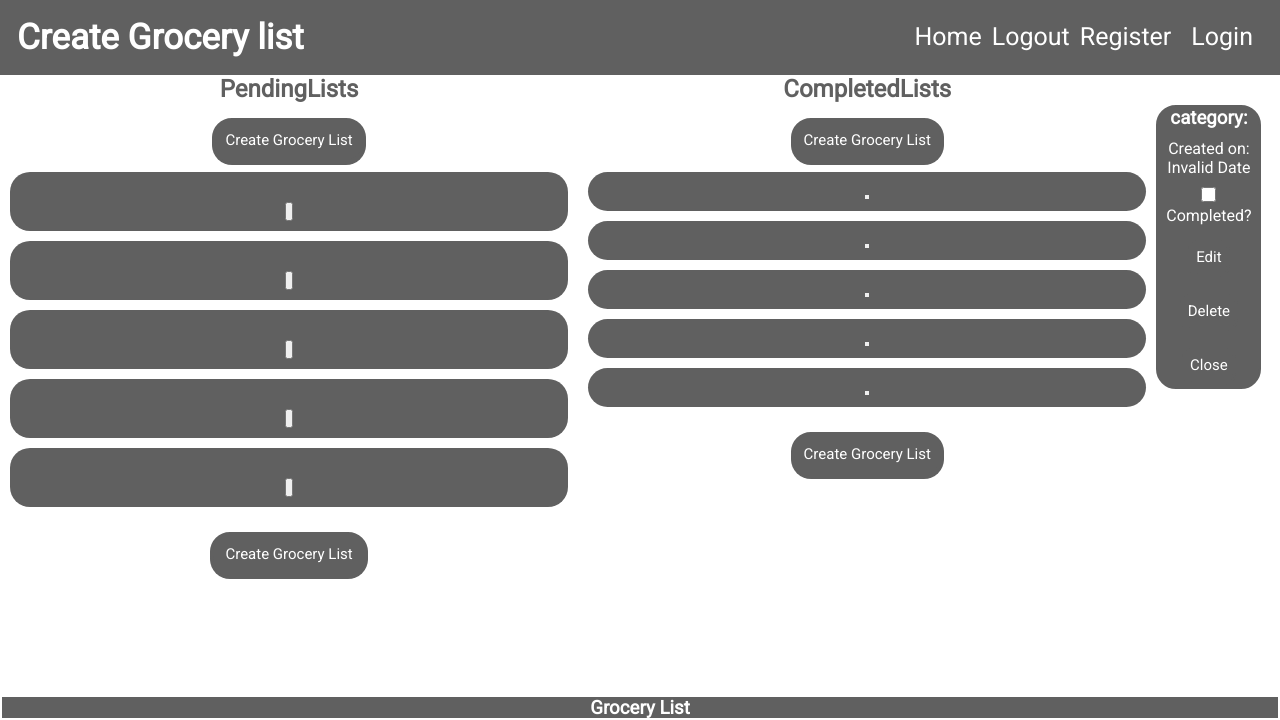
Repository: mhyder1/grocery-client
Page: /grocery-lists/1
These files come from the project's save history. The page is drawn as it stood at one moment and after the next save; the edit follows.
The browser window is 1280 px wide. The pictures show the whole page.
The project was rebuilt for these pictures with package versions that can differ from the ones it lists, and the page was loaded fresh each time. Also part of the build but not shown: src/Components/Header/Header.js, src/Components/Errorpage/ErrorPage.js, src/Config/Config.js, src/services/AuthAPIService.js, src/services/TokenService.js, src/Components/Login/Login.js, src/Components/Validation/ValidationError.js, src/Components/BackButton/BackButton.js and 5 more.

Above is the page before, as saved 2020-12-22 15:30:20.

After the next save:
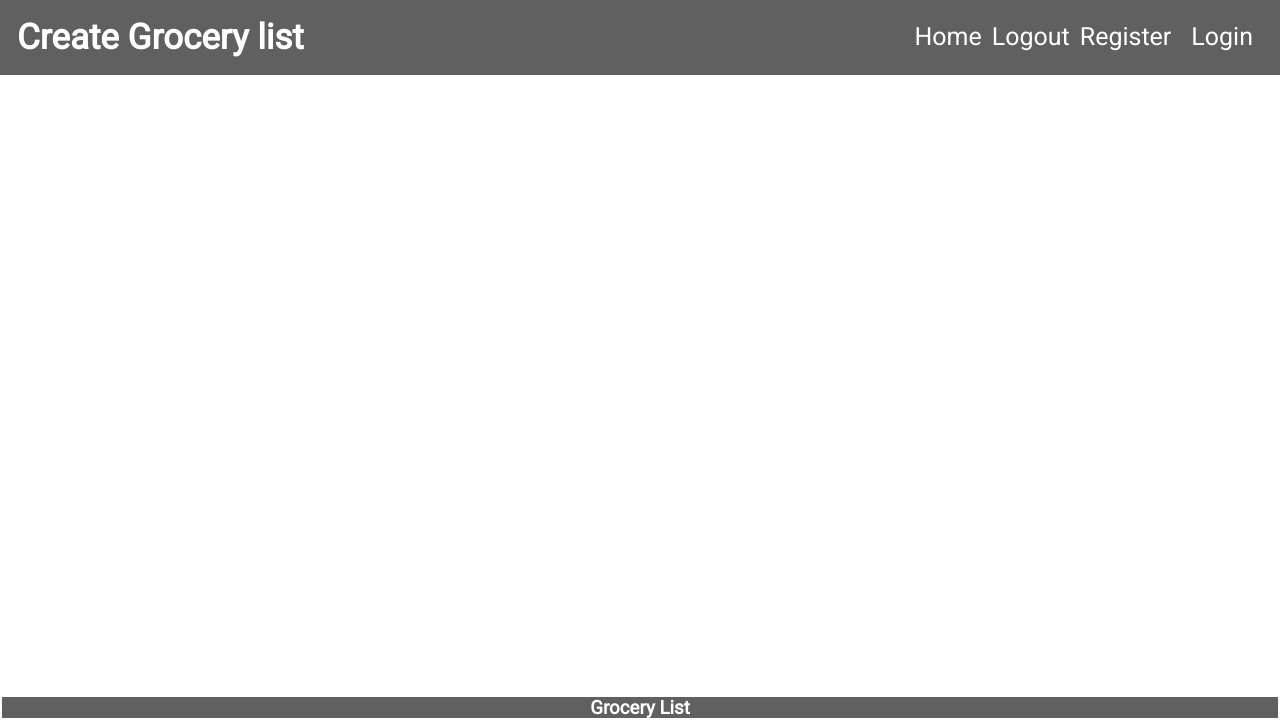
Saved 93 s later.
--- a/src/App.js
+++ b/src/App.js
@@ -138,7 +138,7 @@ class App extends React.Component {
                    exact
                    path={[
                      "/grocery-lists",
-                     "/grocery-lists/:id",
+                    //  "/grocery-lists/:id",
                      "/completed-lists",
                      "/completed-lists/:id"
 
@@ -150,7 +150,7 @@ class App extends React.Component {
                    exact
                    path={[
                      "/grocery-lists",
-                     "/grocery-lists/:id",
+                    //  "/grocery-lists/:id",
                      "/completed-lists",
                      "/completed-lists/:id"
 
@@ -161,7 +161,10 @@ class App extends React.Component {
                  <div className="view-list">
                    <Route
                      exact
-                     path={["/grocery-lists/:id", "/completed-lists/:id"]}
+                     path={[
+                      //  "/grocery-lists/:id",
+                       "/completed-lists/:id"
+                      ]}
                      render={(props) => (
                        <List {...props} selected={this.selected} />
                      )}
